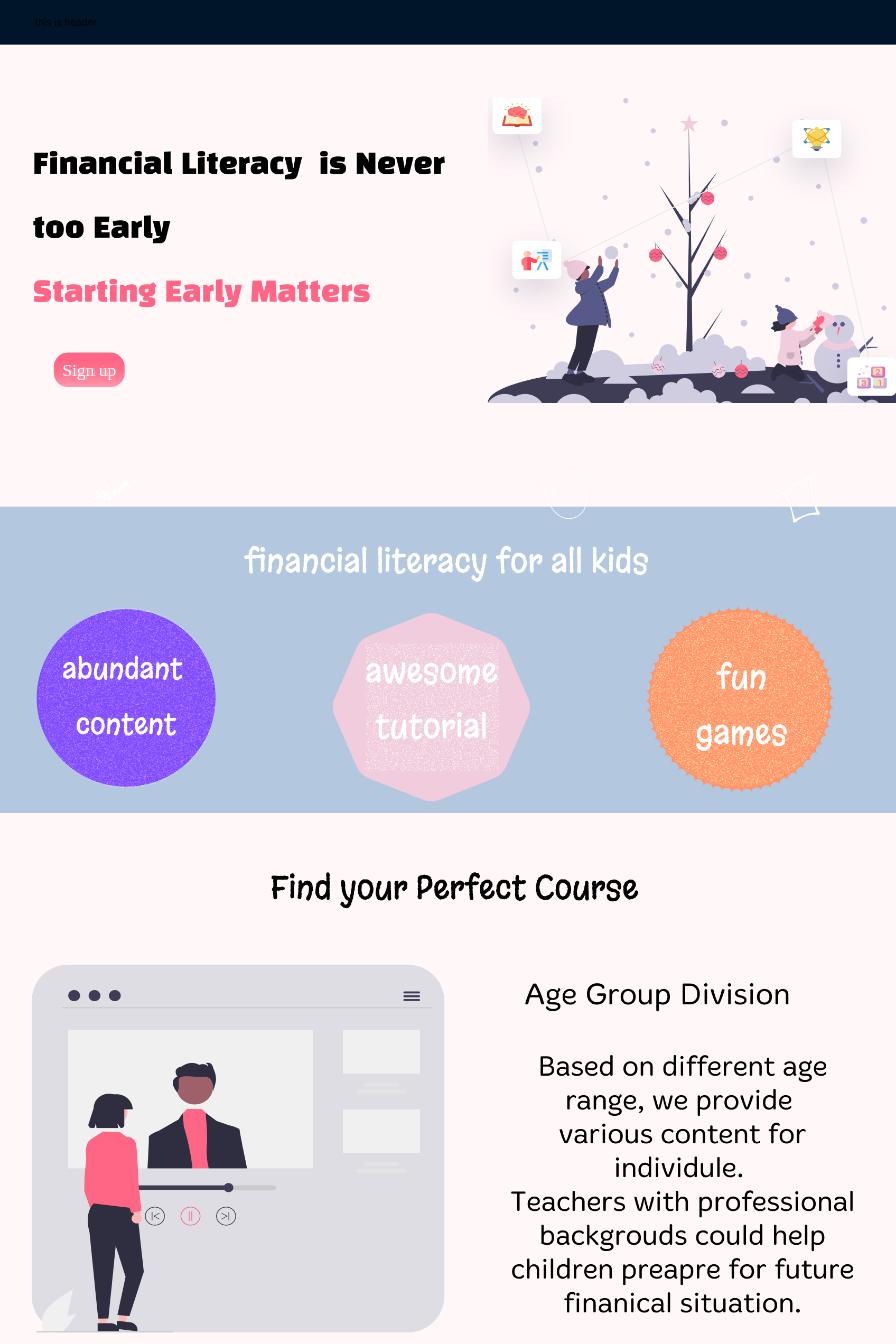
Repository: Zoe-XJ-Zhang/Goldilocks
Page: /
The author's editor kept a copy of each file at every save. The page is drawn from the files as they stood at one save, then again after the next save.
The browser window is 1280 px wide. The pictures show the part of the page from y = 0 to 1920 px (the page is 2775 px tall), at 70% of full size.
The project was rebuilt for these pictures with package versions that can differ from the ones it lists, and the page was loaded fresh each time. Also part of the build but not shown: src/page/roadmapPage/roadmapPage.js, src/page/aboutPage/aboutPage.js.

Above is the page before, as saved 2022-08-31 17:22:08.

After the next save:
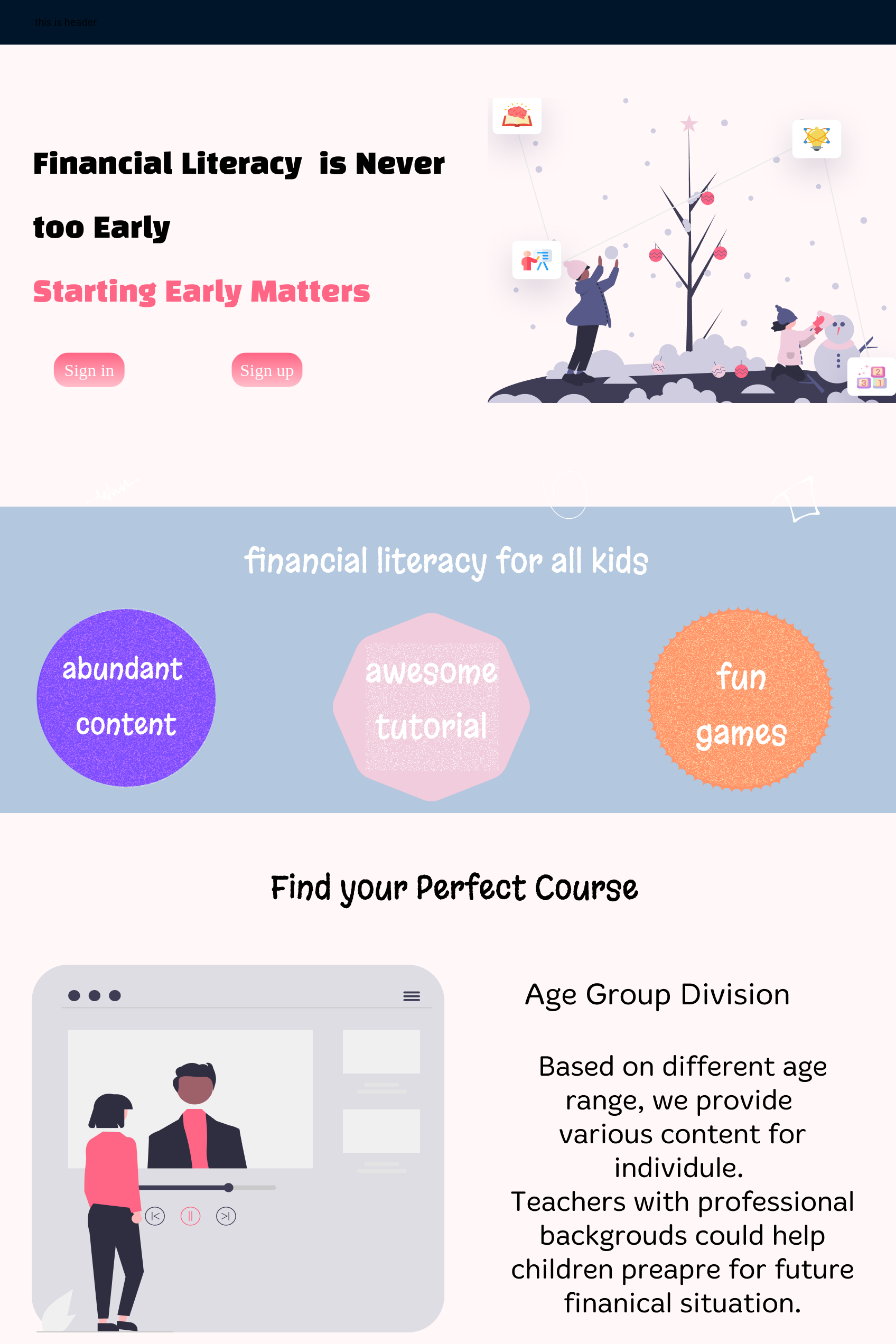
Saved 51 s later.
--- a/src/page/homePage/homePage.css
+++ b/src/page/homePage/homePage.css
@@ -62,7 +62,7 @@ button::before {
 .signup {
     width: 101px;
     height: 49px;
-    left: 77px;
+    left: 331px;
     top: 504px;
 
     background: linear-gradient(
